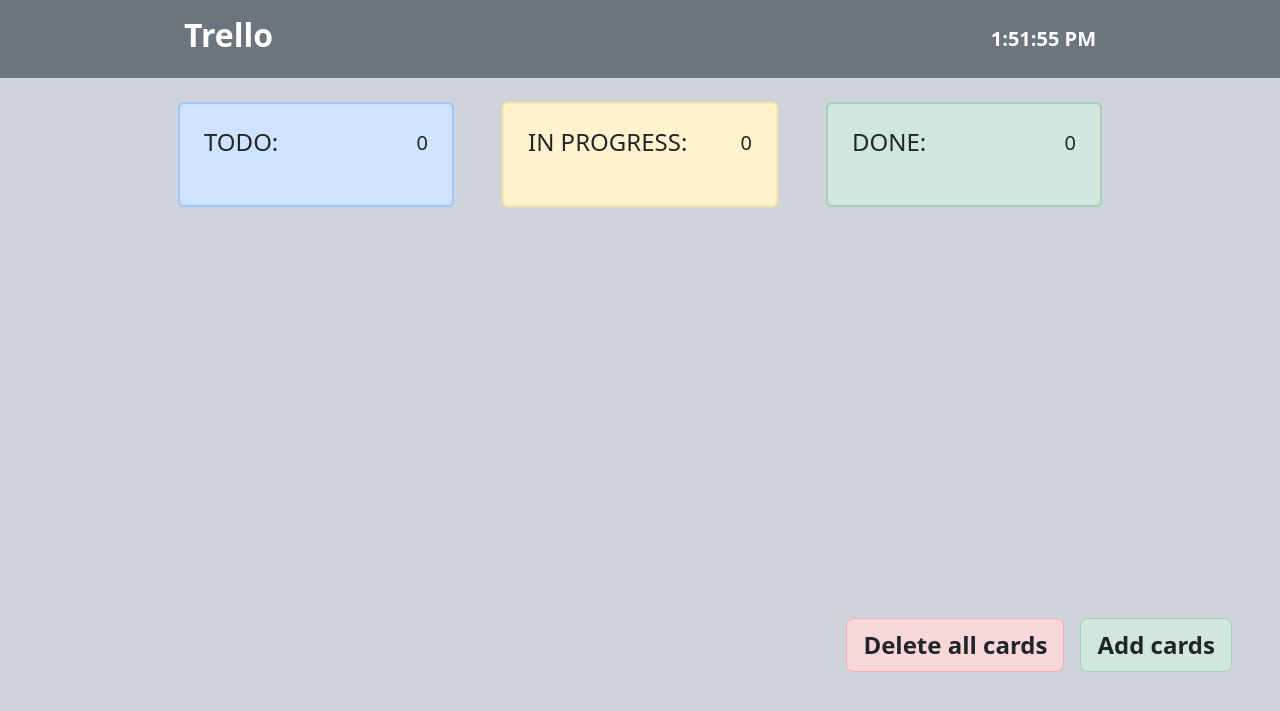
Repository: Valeria154/trello-app-clone
Page: / (app in trello-app-project/)
The author's editor kept a copy of each file at every save. The page is drawn from the files as they stood at one save, then again after the next save.
The browser window is 1280 px wide. The pictures show the whole page.
The project was rebuilt for these pictures with package versions that can differ from the ones it lists, and the page was loaded fresh each time. Also part of the build but not shown: trello-app-project/vite.config.js.

Above is the page before, as saved 2025-03-16 21:09:35.

### trello-app-project/src/index.html
<!doctype html>
<html lang="en">

<head>
	<meta charset="UTF-8" />
	<meta name="viewport" content="width=device-width, initial-scale=1.0" />
	<title>Trello</title>
	<script type="module" src="./main.js"></script>
</head>

<body class="bg-dark-subtle">
	<header class="bg-secondary p-3">
		<div class="container d-flex justify-content-between align-items-center mx-autox w-75">
			<h1 class="fs-2 fw-bold text-white">Trello</h1>
			<div class="fs-5 fw-semibold text-white" id="clock"></div>
		</div>
	</header>
	<main class="p-4">
		<div class="container text-center w-75" id="containerTodo">
			<div class="row align-items-start mb-6 gap-5">
				<!-- TODO -->
				<div class="col border border-primary-subtle border-2 rounded-2 text-dark p-4 bg-primary-subtle">
					<div class="d-flex justify-content-between mb-3">
						<h4>TODO:</h4>
						<div id="todoCount" class="fs-5">0</div>
					</div>
					<div id="todo" data-role="status"></div>
				</div>
				<!-- In progress -->
				<div class="col border border-warning-subtle border-2 rounded-2 text-dark p-4 bg-warning-subtle">
					<div class="d-flex justify-content-between mb-3">
						<h4>IN PROGRESS:</h4>
						<div id="progressCount " class="fs-5">0</div>
					</div>
					<div id="progress" data-role="status"></div>
				</div>
				<!-- Done -->
				<div class="col border border-success-subtle border-2 rounded-2 text-dark p-4 bg-success-subtle">
					<div class="d-flex justify-content-between mb-3">
						<h4>DONE:</h4>
						<div id="doneCount" class="fs-5">0</div>
					</div>
					<div id="done" data-role="status"></div>
				</div>
			</div>
			<div class="d-grid gap-2 d-md-flex justify-content-md-end position-fixed bottom-0 end-0 p-5">
				<button class="btn btn-lg bg-danger-subtle border-danger-subtle me-md-2 fs-4 fw-semibold" type="button"
					id="deleteAllBtn">Delete all
					cards</button>
				<button id="addCardBtn" class="btn btn-lg bg-success-subtle border-success-subtle fs-4 fw-semibold"
					type="button">Add
					cards</button>
			</div>
			<!-- Modal form -->
			<div id="modalFormContainer" class="position-relative block" style="z-index: 20">
				<div class="position-fixed top-50 start-50 translate-middle w-100 bg-dark bg-opacity-50">
					<!-- <form id="todoForm" class="p-4 border rounded bg-light text-start fw-semibold w-50 position-relative">
						<div class="mb-3">
							<label for="titile" class="form-label fs-5">Title</label>
							<input type="text" class="form-control" id="title" placeholder="Enter todo...">
						</div>
						<div class="mb-3">
							<label for="description" class="form-label fs-5">Description</label>
							<textarea class="form-control p-2 rounded-3" id="description" rows="6"
								placeholder="Write description"></textarea>
						</div>
						<div class="mb-3">
							<label for="user" class="form-label fs-5">User </label>
							<select id="user" class="form-select">
								<option selected value="">Choose user</option>
								<option value="Amelia">Amelia</option>
								<option value="Mary">Mary</option>
								<option value="Thomas">Thomas</option>
								<option value="Harry">Harry</option>
								<option value="Susan">Susan</option>
							</select>
						</div>
						<button type="submit" class="btn btn-primary bg-secondary bg-gradient border-secondary">Add card
							TODO</button>
						<button type="button" class="btn-close position-absolute top-0 end-0 me-4 mt-4"
							aria-label="close"></button>
					</form> -->
				</div>
			</div>
		</div>
	</main>

</body>

</html>

### trello-app-project/src/main.js
import './style.scss'
// import javascriptLogo from './javascript.svg'
// import viteLogo from '/vite.svg'

// const storageKey = 'todos'
// const todos = getDataFromStorage()
// const clockElement = document.querySelector('#clock')
// const containerTodoElement = document.querySelector('.container-todo')
// const formElement = document.querySelector('#form')
// const buttonAddTodoElement = document.querySelector('#addTodoBtn')
// const deleteAllButtonElement = document.querySelector('#deleteAllBtn')
// const [todoContainerElement, inProgressContainerElement, doneContainerElement,] = document.querySelectorAll('[data-role="status-column"]')
// const [todoCountElement, inProgressCountElement, doneCountElement] = document.querySelectorAll('[data-role="count-cards"]')
// // Modals
// const formModalElement = document.querySelector('#formModal')
// const deleteAllModalElement = document.querySelector('#deleteAllModal')
// const confirmBtn = document.querySelector('[data-role="confirm-delete"]');
// const cancelBtn = document.querySelector('[data-role="cancel-delete"]');
// const progressLimitModalElement = document.querySelector('#progressLimitModal')

// const statusArr = ['todo', 'progress', 'done']
const todos = getData()
const clockElement = document.querySelector('#clock')
const addCardBtnElement = document.querySelector('#addCardBtn')
const modalFormElement = document.querySelector('#modalFormContainer')
const formElement = document.querySelector('#form')

const containerTodoElement = document.querySelector('#containerTodo')
const [todoContainerElement, inProgressContainerElement, doneContainerElement] = document.querySelectorAll('[data-role="status"]')
const [todoCountElement, inProgressCountElement, doneCountElement] = document.querySelectorAll('[data-role="status"]')
const todoContainer = document.querySelector('#todo')
const todoCount = document.querySelector('#todoCount')

const statusArr = ['todo', 'inprogress', 'done']

addCardBtnElement.addEventListener('click', handleClickButtonAddCard)
containerTodoElement.addEventListener('submit', handleSubmitForm)

//Часы
function showClock() {
	clockElement.textContent = new Date().toLocaleTimeString()
}
setInterval(showClock, 1000)
showClock()

function handleClickButtonAddCard() {
	if (!formElement) {
		modalFormElement.innerHTML = buildModalForm()
		const btnCloseElement = modalFormElement.querySelector('.btn-close')
		btnCloseElement.addEventListener('click', () => toggleModal(modalFormElement))

		// const formElement = modalFormElement.querySelector('#form')
		// formElement.addEventListener('submit', handleSubmitForm)
	}
	toggleModal(modalFormElement) // Открываем модальное окно
}

function toggleModal(modal) {
	if (modal.classList.contains('block')) {
		modal.classList.replace('block', 'hidden')
	} else {
		modal.classList.replace('hidden', 'block')
	}
}

function buildModalForm() {
	return `
					<form id="todoForm" class="p-4 border rounded bg-light text-start fw-semibold w-50 position-relative">
						<div class="mb-3">
							<label for="titile" class="form-label fs-5">Title</label>
							<input type="text" class="form-control" id="title" placeholder="Enter todo...">
						</div>
						<div class="mb-3">
							<label for="description" class="form-label fs-5">Description</label>
							<textarea class="form-control p-2 rounded-3" id="description" rows="6"
								placeholder="Write description"></textarea>
						</div>
						<div class="mb-3">
							<label for="user" class="form-label fs-5">User </label>
							<select id="user" class="form-select">
								<option selected value="">Choose user</option>
								<option value="Amelia">Amelia</option>
								<option value="Mary">Mary</option>
								<option value="Thomas">Thomas</option>
								<option value="Harry">Harry</option>
								<option value="Susan">Susan</option>
							</select>
						</div>
						<button type="submit" class="btn btn-primary bg-secondary bg-gradient border-secondary">Add card
							TODO</button>
						<button type="button" class="btn-close position-absolute top-0 end-0 me-4 mt-4"
							aria-label="close"></button>
					</form>
	`
}

function handleSubmitForm(event) {
	event.preventDefault()
	console.log('Форма отправляется!')
	// Получаем данные из формы
	const formData = new FormData(event.target)
	const formDataObject = Object.fromEntries(formData) // преобразуем, полученные иданные, в объект ключ-значение
	console.log('Полученные данные:', formDataObject)

	const { editedId } = formElement.dataset
	if (editedId) {
		const editedTodoIndex = todos.findIndex(todo => todo.id == editedId)
		todos[editedTodoIndex] = { ...todos[editedTodoIndex], ...formDataObject }
		setData(todos)
		render(todos)
	} else {
		const newTodo = new Todo(formDataObject) // создаем новую todo с данными из формы
		todos.push(newTodo) // добавление новой задачи в массив
		setData(todos) // сохранение обновленного массива в localStorage
		render(todos) // перерисовка списка задач
	}
	formElement.reset()
	toggleModal(modalFormElement)
	delete formElement.dataset.editedId
}

function getData() {
	return JSON.parse(localStorage.getItem('todos')) || []
}

function setData(todo) {
	localStorage.setItem('todos', JSON.stringify(todo))
}

function countTodos(todos) {
	const todoCountArr = todos.filter(todo => todo.status == 'todo')
	todoCountElement.textContent = todoCountArr.length
	const inProgressArr = todos.filter(todo => todo.status == 'progress')
	inProgressCountElement.textContent = inProgressArr.length
	const doneCountArr = todos.filter(todo => todo.status == 'done')
	doneCountElement.textContent = doneCountArr.length
}

class Todo {
	constructor({ title, description, user, status = '0' }) {
		this.id = Date.now()
		this.createdAt = new Date().toString()
		this.title = title
		this.description = description
		this.user = user
		this.status = statusArr[status]
	}
}

function render(todos = []) {
	todoContainerElement.innerHTML = '' //очищает контейнер задач
	inProgressContainerElement.innerHTML = ''
	doneContainerElement.innerHTML = ''
	todos.forEach(todo => {
		const statusColumn = document.querySelector(`#${todo.status}`)
		statusColumn.insertAdjacentHTML('beforeend', buildTodoTemplate(todo)) //новые задачи будут отображаться внизу так как beforeend вставляет новую задачу в конец контейнера
	})
	countTodos(todos)
	showClock()
}

function buildTodoTemplate({ id, title, description, user, status, createdAt }) {
	const date = currentDate(createdAt)
	return `
	        <div data-id="${id}" class="card bg-white">
            <div class="d-flex justify-content-center" role="group">
                <button type="button" class="btn btn-light" data-role="edit">EDIT</button>
                <select name="status" class="btn btn-light">
                    <option value="todo" ${status == 'todo' ? 'selected' : ''}>Todo</option>
                    <option value="progress" ${status == 'progress' ? 'selected' : ''}>In progress</option>
                    <option value="done" ${status == 'done' ? 'selected' : ''}>Done</option>
                </select>
                <button type="button" class="btn btn-light" data-role="remove">DELETE</button>
            </div>
            <div class="p-4 mb-2">
                <h4 class="text-start fs-5 fw-semibold">${title}</h4>
                <div class="text-start fs-6"><p>${description}</p></div>
            </div>
            <div class="d-flex justify-content-between text-start">
                <div>${user}</div>
                <div>${date}</div>
            </div>
        	</div>
	`
}

function currentDate(date = '', locale = 'ru-RU') {
	const dateTemplate = new Date(date)
	return `${dateTemplate.toLocaleDateString(locale)}, ${dateTemplate.toLocaleTimeString(locale)}`
}
// function currentDate(date = '', locale = 'ru-RU') {
// 	const dateTemplate = new Date(date)
// 	// const dateFormat = {
// 	// 	hour: 'numeric',
// 	// 	minute: 'numeric',
// 	// 	year: 'numeric',
// 	// 	month: 'numeric',
// 	// 	day: 'numeric'
// 	// }
// 	return `${dateTemplate.toLocaleDateString(locale)}, ${dateTemplate.toLocaleTimeString(locale)}`
// 	// return new Intl.DateTimeFormat(locale, dateFormat).format(dateTemplate)
// }

// class Todo {
// 	id = Date.now()
// 	createdAt = new Date().toString()
// 	constructor({ title, description, user, status = '0' }) {
// 		this.title = title
// 		this.description = description
// 		this.user = user
// 		this.status = statusArr[status]
// 	}

### trello-app-project/src/style.scss
@import "bootstrap/scss/bootstrap";

.hidden {
	display: none;
	opacity: 0;
	transition: opacity 0.3s ease;
}

.block {
	display: block;
	opacity: 1;
	transition: opacity 0.3s ease;
}

After the next save:
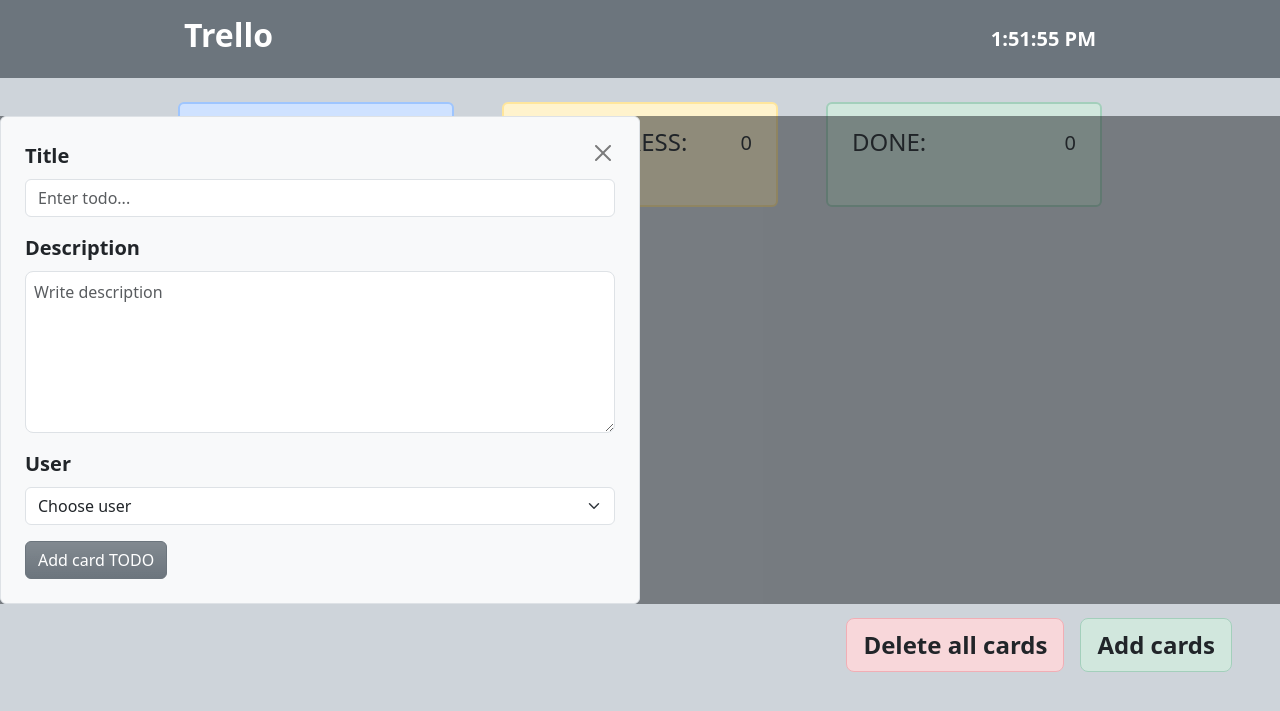
Saved 33 s later.
--- a/trello-app-project/src/index.html
+++ b/trello-app-project/src/index.html
@@ -54,7 +54,7 @@
 			<!-- Modal form -->
 			<div id="modalFormContainer" class="position-relative block" style="z-index: 20">
 				<div class="position-fixed top-50 start-50 translate-middle w-100 bg-dark bg-opacity-50">
-					<!-- <form id="todoForm" class="p-4 border rounded bg-light text-start fw-semibold w-50 position-relative">
+					<form id="todoForm" class="p-4 border rounded bg-light text-start fw-semibold w-50 position-relative">
 						<div class="mb-3">
 							<label for="titile" class="form-label fs-5">Title</label>
 							<input type="text" class="form-control" id="title" placeholder="Enter todo...">
@@ -79,7 +79,7 @@
 							TODO</button>
 						<button type="button" class="btn-close position-absolute top-0 end-0 me-4 mt-4"
 							aria-label="close"></button>
-					</form> -->
+					</form>
 				</div>
 			</div>
 		</div>

After the 2 saves that followed:
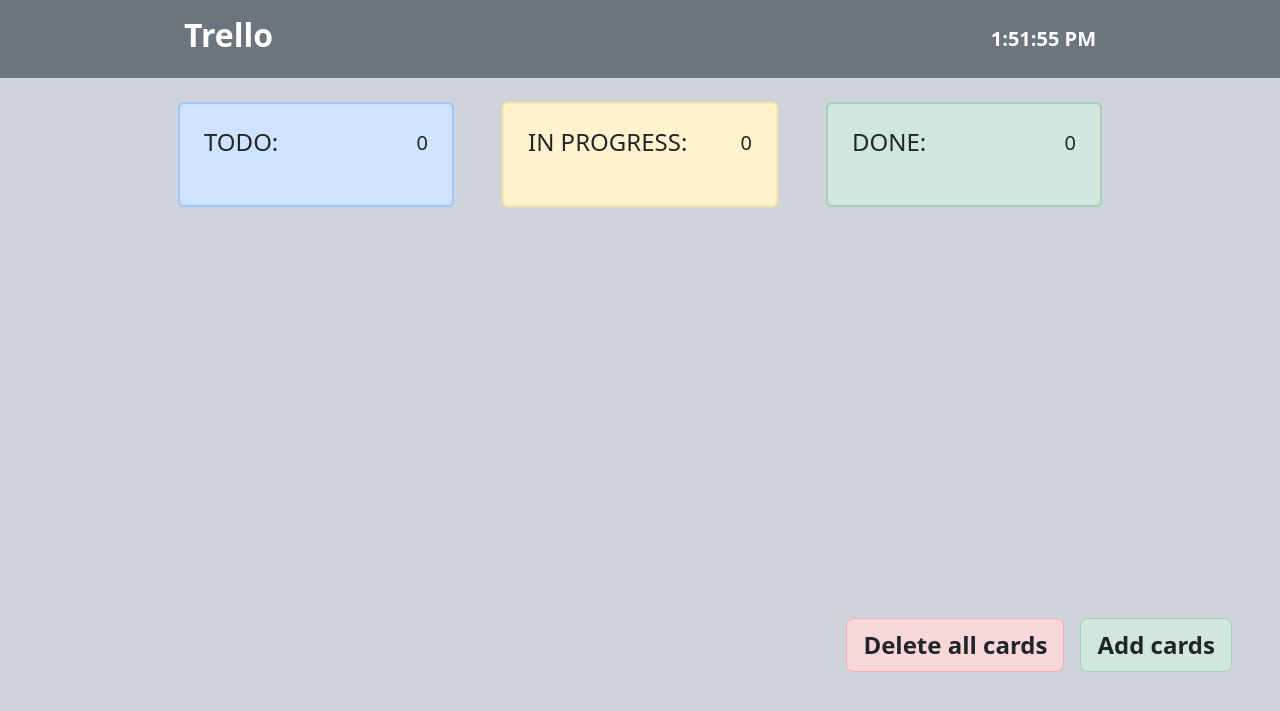
The 2 saves are shown as one change because 1 left the picture as it was.
The last was saved 25 s later.
--- a/trello-app-project/src/index.html
+++ b/trello-app-project/src/index.html
@@ -53,10 +53,10 @@
 			</div>
 			<!-- Modal form -->
 			<div id="modalFormContainer" class="position-relative block" style="z-index: 20">
-				<div class="position-fixed top-50 start-50 translate-middle w-100 bg-dark bg-opacity-50">
+				<!-- <div class="position-fixed top-50 start-50 translate-middle w-100 bg-dark bg-opacity-50">
 					<form id="todoForm" class="p-4 border rounded bg-light text-start fw-semibold w-50 position-relative">
 						<div class="mb-3">
-							<label for="titile" class="form-label fs-5">Title</label>
+							<label for="title" class="form-label fs-5">Title</label>
 							<input type="text" class="form-control" id="title" placeholder="Enter todo...">
 						</div>
 						<div class="mb-3">
@@ -80,7 +80,7 @@
 						<button type="button" class="btn-close position-absolute top-0 end-0 me-4 mt-4"
 							aria-label="close"></button>
 					</form>
-				</div>
+				</div> -->
 			</div>
 		</div>
 	</main>
--- a/trello-app-project/src/main.js
+++ b/trello-app-project/src/main.js
@@ -65,9 +65,10 @@
 
 function buildModalForm() {
 	return `
+				<div class="position-fixed top-50 start-50 translate-middle w-100 bg-dark bg-opacity-50">
 					<form id="todoForm" class="p-4 border rounded bg-light text-start fw-semibold w-50 position-relative">
 						<div class="mb-3">
-							<label for="titile" class="form-label fs-5">Title</label>
+							<label for="title" class="form-label fs-5">Title</label>
 							<input type="text" class="form-control" id="title" placeholder="Enter todo...">
 						</div>
 						<div class="mb-3">
@@ -91,6 +92,7 @@
 						<button type="button" class="btn-close position-absolute top-0 end-0 me-4 mt-4"
 							aria-label="close"></button>
 					</form>
+				</div>
 	`
 }
 
